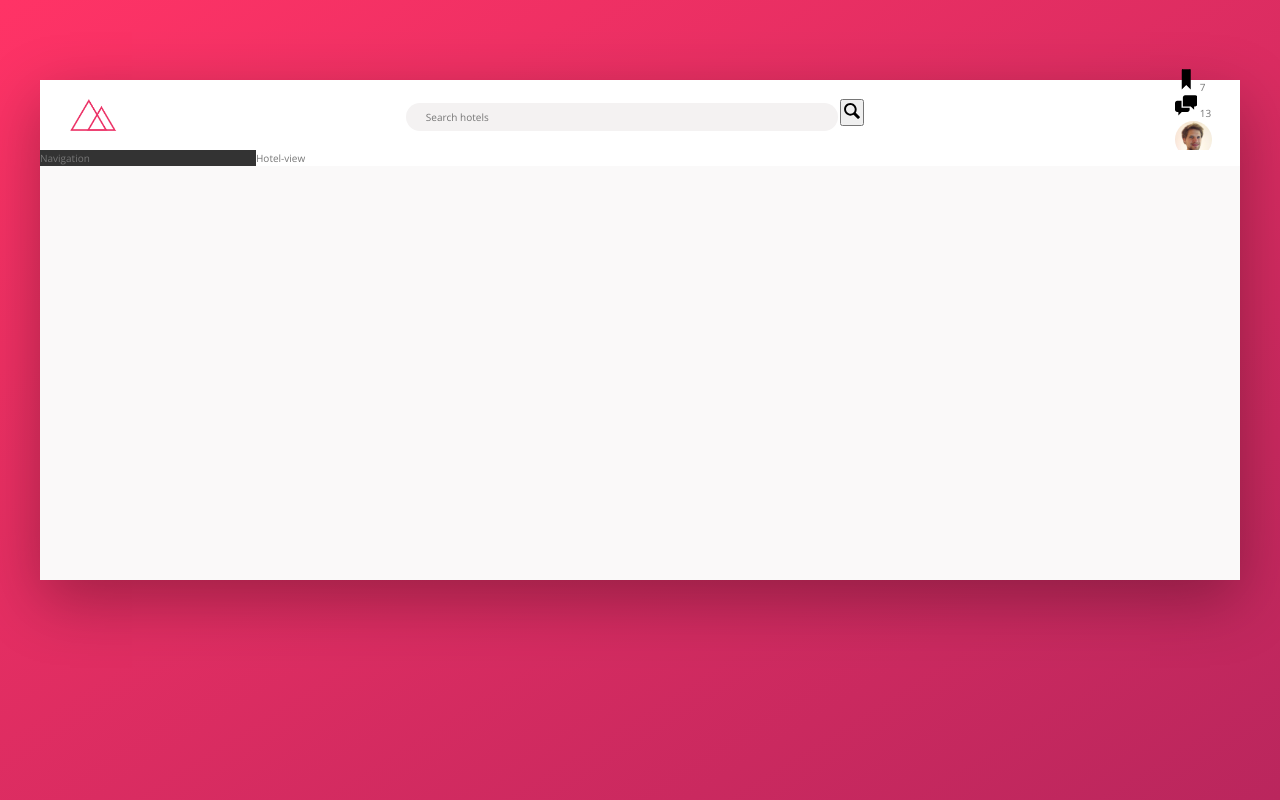
Repository: Lithium87/Trillo
Page: index.html
An editor plug-in stored every save of this project. The page is shown before and after the next save, followed by the edit.
The browser window is 1280 px wide. The pictures show the whole page.
The style sheet was rebuilt from its Sass, Less or Tailwind sources for each picture, by a compiler version that may differ from the author's.

Above is the page before, as saved 2020-05-15 20:10:53.

After the next save:
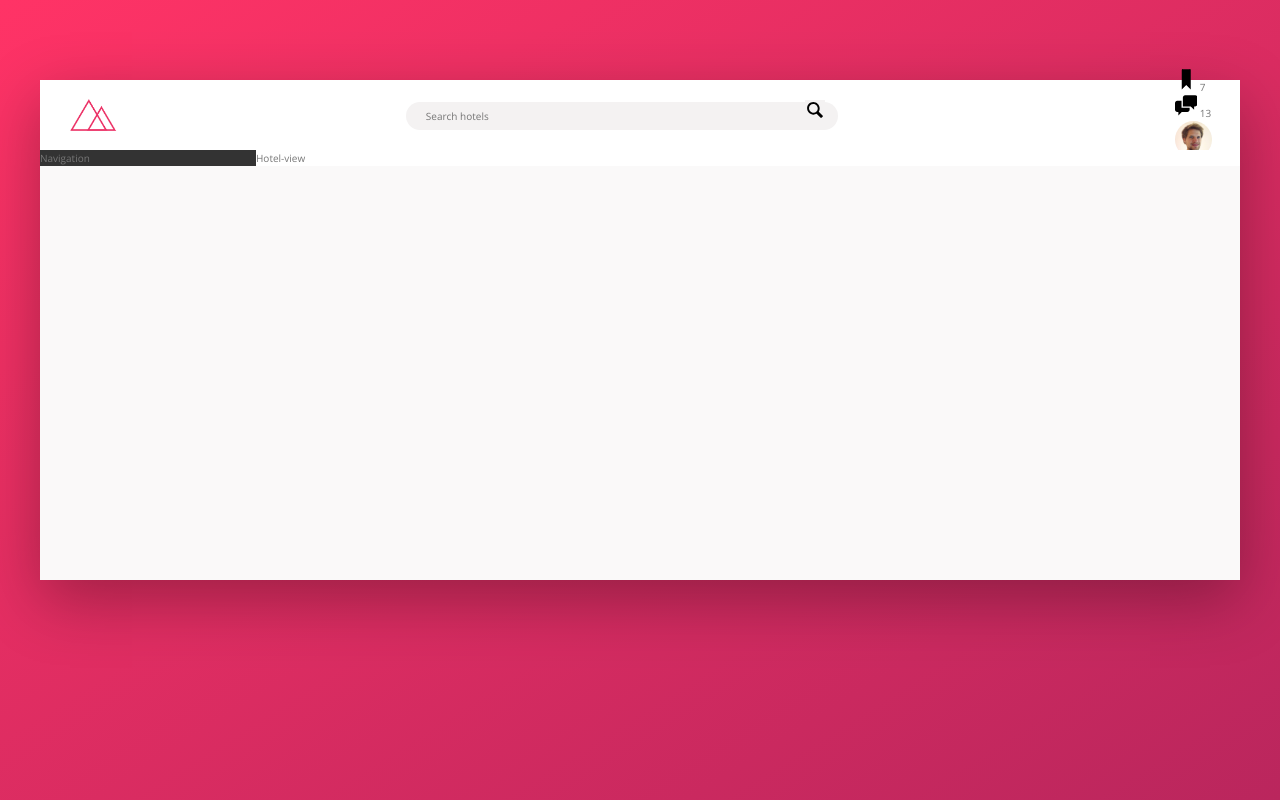
Saved 112 s later.
--- a/sass/_components.scss
+++ b/sass/_components.scss
@@ -19,13 +19,17 @@
         border-radius: 100px;
         width: 90%;
         transition: all .2s;
+        margin-right: -3.5rem;
         &:focus {
             outline: none;
             width: 100%;
             background-color: var(--color-grey-light-3);
         }
     }
-    &__button {}
+    &__button {
+        border: none;
+        background-color: var(--color-grey-light-2);
+    }
     &__icon {
         height: 2rem;
         width: 2rem;
